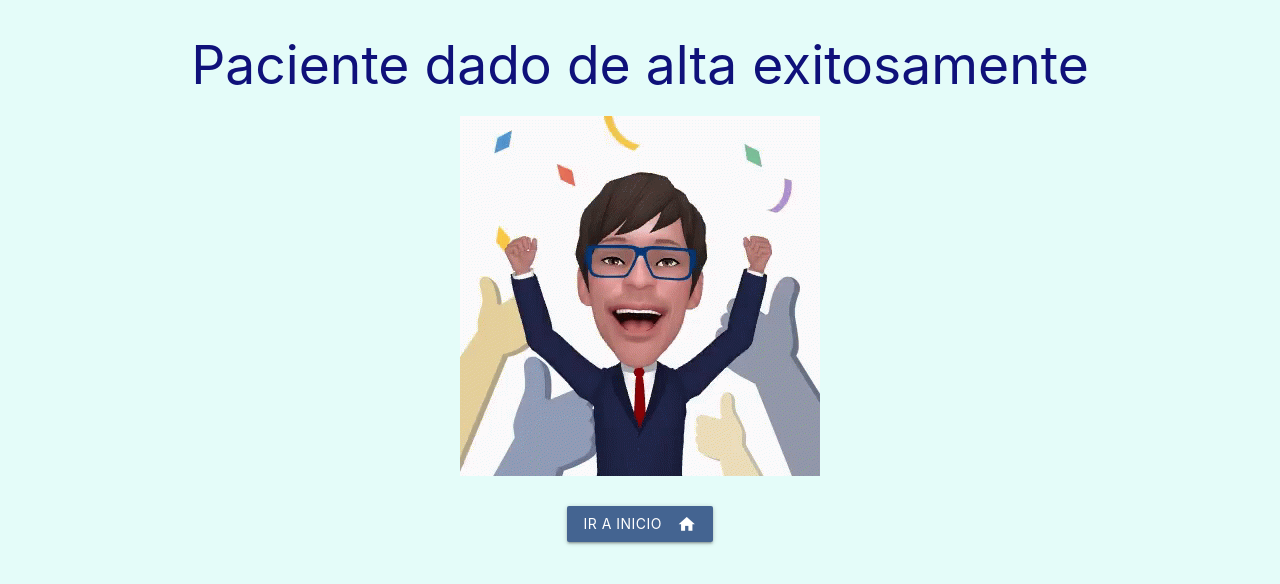
Repository: SwimmerRafa/Web-Applications
Page: http://localhost/confirmacion
The author's editor kept a record of every edit. The page is drawn from the files as they stood at one moment, then again after the next edit.
The browser window is 1280 px wide. The pictures show the whole page.
The page is served by the project's Node server (Practica4/index.js).

Above is the page before.

After the next edit:
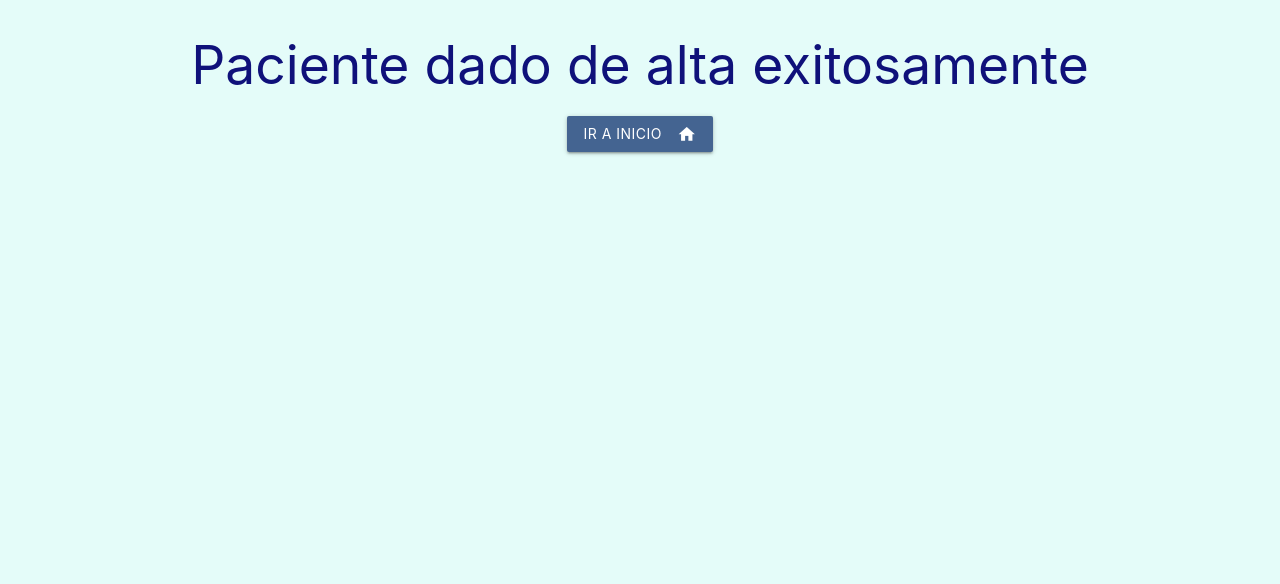
The edit:
--- a/Practica4/views/confirmacion.html
+++ b/Practica4/views/confirmacion.html
@@ -40,11 +40,6 @@
                 flex-direction: column;
             "
         >
-            <img
-                style="padding-bottom: 2rem;"
-                class="center-align"
-                src="./img/ok-hand.gif"
-            />
             <a href="/">
                 <button
                     style="background-color: #446491;"
